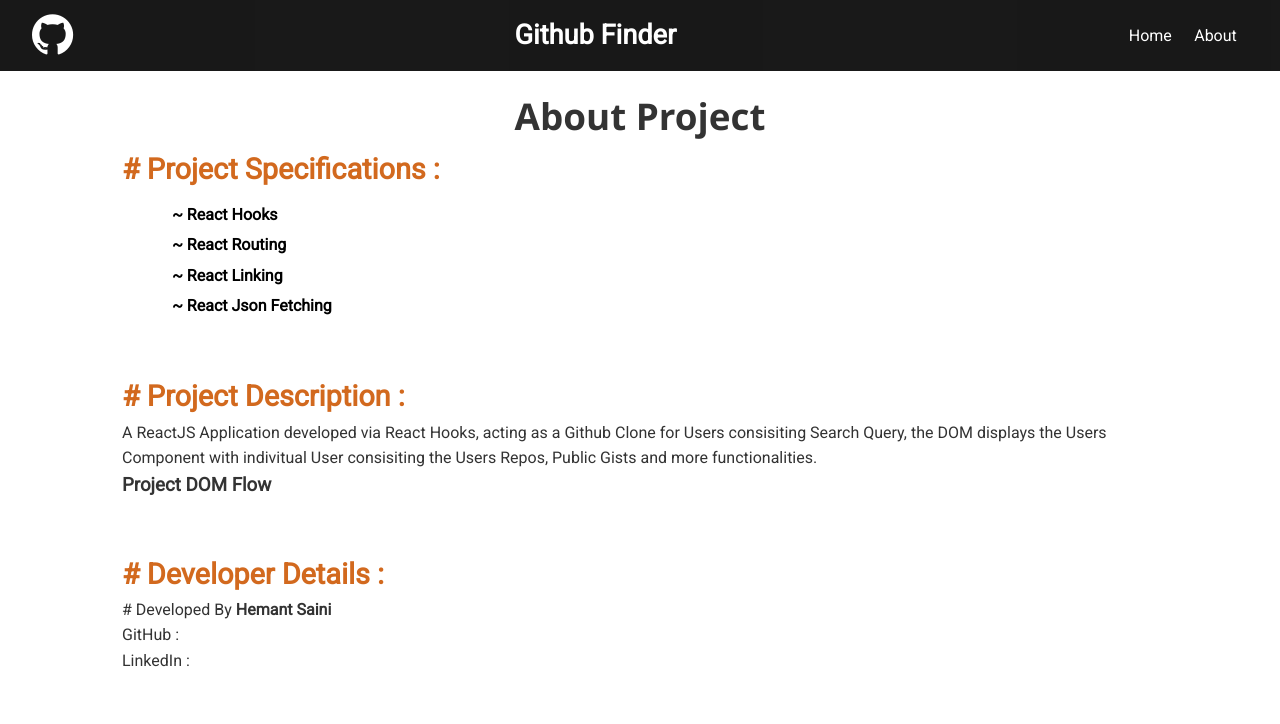
Repository: hemantsaini-7/ReactHooks-GitHub-Clone
Page: /about
These files come from the project's save history. The page is drawn as it stood at one moment and after the next save; the edit follows.
The browser window is 1280 px wide. The pictures show the whole page.
The project was rebuilt for these pictures with package versions that can differ from the ones it lists, and the page was loaded fresh each time. Also part of the build but not shown: src/components/users/UserItem.js, src/components/layout/Spinner.js, src/components/users/Users.js, src/components/repos/RepoItem.js, src/components/repos/Repos.js, src/components/users/User.js, src/components/users/Search.js, src/components/layout/Alert.js.

Above is the page before, as saved 2020-08-06 10:31:23.

### public/index.html
<!DOCTYPE html>
<html lang="en">
  <head>
    <meta charset="utf-8" />
    <link rel="icon" href="%PUBLIC_URL%/favicon.ico" />
    <meta name="viewport" content="width=device-width, initial-scale=1" />
    <meta name="theme-color" content="#000000" />
    <meta
      name="description"
      content="Web site created using create-react-app"
    />
    <link rel="apple-touch-icon" href="%PUBLIC_URL%/logo192.png" />

    <link rel="manifest" href="%PUBLIC_URL%/manifest.json" />
    <link
      rel="stylesheet"
      href="https://stackpath.bootstrapcdn.com/font-awesome/4.7.0/css/font-awesome.min.css"
    />
    <title>React App</title>
  </head>
  <body>
    <noscript>You need to enable JavaScript to run this app.</noscript>
    <div id="root"></div>
  </body>
</html>

### src/App.js
import React, { Fragment, useState } from "react";
import "./App.css";
import { BrowserRouter as Router, Switch, Route } from "react-router-dom";
import Navbar from "./components/layout/Navbar";
import Users from "./components/users/Users";
import User from "./components/users/User";
import Search from "./components/users/Search";
import Alert from "./components/layout/Alert";
import About from "./components/pages/About";
import axios from "axios";
const App = () => {
  const [users, setUsers] = useState([]);
  const [user, setUser] = useState({});
  const [repos, setRepos] = useState([]);
  const [loading, setLoading] = useState(false);
  const [alert, setAlert] = useState(null);

  const searchUsers = async (text) => {
    //this.setState({ loading: true });
    setLoading(true);
    const res = await axios.get(
      `https://api.github.com/search/users?q=${text}&cliend_id=${process.env.REACT_APP_GITHUB_CLIENT_ID}&client_secret=${process.env.REACT_APP_GITHUB_CLIENT_SECRET}`
    );
    setUsers(res.data.items);
    setLoading(false);
  };

  const clearUsers = () => {
    setUsers([]);
    setLoading(false);
  };

  const showAlert = (msg, type) => {
    //this.setState({ alert: { msg, type } });
    setAlert({ msg, type });
    setTimeout(() => setAlert(null), 5000);
  };

  const getUser = async (username) => {
    setLoading(true);
    const res = await axios.get(
      `https://api.github.com/users/${username}?cliend_id=${process.env.REACT_APP_GITHUB_CLIENT_ID}&client_secret=${process.env.REACT_APP_GITHUB_CLIENT_SECRET}`
    );
    setUser(res.data);
    setLoading(false);
  };

  const getUserRepos = async (username) => {
    setLoading(true);
    const res = await axios.get(
      `https://api.github.com/users/${username}/repos?per_page=5&sort=created:asc&cliend_id=${process.env.REACT_APP_GITHUB_CLIENT_ID}&client_secret=${process.env.REACT_APP_GITHUB_CLIENT_SECRET}`
    );
    setRepos(res.data);
    setLoading(false);
  };

  return (
    <Router>
      <div className='App'>
        <Navbar title='Github Finder' />
        <div className='container'>
          <Alert alert={alert} />
          <Switch>
            <Route
              exact
              path='/'
              render={(props) => (
                <Fragment>
                  <Search
                    searchUsers={searchUsers}
                    clearUsers={clearUsers}
                    showClear={users.length > 0 ? true : false}
                    setAlert={showAlert}
                  />
                  <Users users={users} loading={loading} />
                </Fragment>
              )}
            />
            <Route exact path='/about' component={About} />
            <Route
              exact
              path='/user/:login'
              render={(props) => (
                <User
                  {...props}
                  getUser={getUser}
                  getUserRepos={getUserRepos}
                  repos={repos}
                  user={user}
                  loading={loading}
                />
              )}
            />
          </Switch>
        </div>
      </div>
    </Router>
  );
};

export default App;

### src/App.css
@import url("https://fonts.googleapis.com/css?family=Roboto");

/* Global Styles */
:root {
  --primary-color: #dc3545;
  --dark-color: #333333;
  --light-color: #f4f4f4;
  --danger-color: #dc3545;
  --success-color: #28a745;
}

* {
  box-sizing: border-box;
  margin: 0;
  padding: 0;
}

body {
  font-family: "Roboto", sans-serif;
  font-size: 1rem;
  line-height: 1.6;
  background-color: #fff;
  color: #333;
}

a {
  color: var(--primary-color);
  text-decoration: none;
}

a:hover {
  color: #666;
}

ul {
  list-style: none;
}

img {
  width: 100%;
}

/* Utilities */
.container {
  max-width: 1100px;
  margin: auto;
  overflow: hidden;
  padding: 0 2rem;
}

/* Text Styles*/
.x-large {
  font-size: 4rem;
  line-height: 1.2;
  margin-bottom: 1rem;
}

.large {
  font-size: 3rem;
  line-height: 1.2;
  margin-bottom: 1rem;
}

.lead {
  font-size: 1.5rem;
  margin-bottom: 1rem;
}

.text-center {
  text-align: center;
}

.text-primary {
  color: var(--primary-color);
}

.text-dark {
  color: var(--dark-color);
}

.text-success {
  color: var(--success-color);
}

.text-danger {
  color: var(--danger-color);
}

.text-center {
  text-align: center;
}

.text-right {
  text-align: right;
}

.text-left {
  text-align: left;
}

/* Center All */
.all-center {
  display: flex;
  flex-direction: column;
  width: 100%;
  margin: auto;
  justify-content: center;
  align-items: center;
  text-align: center;
}

/* Cards */
.card {
  padding: 1rem;
  border: #ccc 1px dotted;
  margin: 0.7rem 0;
}

/* List */
.list {
  margin: 0.5rem 0;
}

.list li {
  padding-bottom: 0.3rem;
}

/* Padding */
.p {
  padding: 0.5rem;
}
.p-1 {
  padding: 1rem;
}
.p-2 {
  padding: 2rem;
}
.p-3 {
  padding: 3rem;
}
.py {
  padding: 0.5rem 0;
}
.py-1 {
  padding: 1rem 0;
}
.py-2 {
  padding: 2rem 0;
}
.py-3 {
  padding: 3rem 0;
}

/* Margin */
.m {
  margin: 0.5rem;
}
.m-1 {
  margin: 1rem;
}
.m-2 {
  margin: 2rem;
}
.m-3 {
  margin: 3rem;
}
.my {
  margin: 0.5rem 0;
}
.my-1 {
  margin: 1rem 0;
}
.my-2 {
  margin: 2rem 0;
}
.my-3 {
  margin: 3rem 0;
}

/* Grid */
.grid-2 {
  display: grid;
  grid-template-columns: repeat(2, 1fr);
  grid-gap: 1rem;
}

.grid-3 {
  display: grid;
  grid-template-columns: repeat(3, 1fr);
  grid-gap: 1rem;
}

.grid-4 {
  display: grid;
  grid-template-columns: repeat(4, 1fr);
  grid-gap: 1rem;
}

.btn {
  display: inline-block;
  background: var(--light-color);
  color: #333;
  padding: 0.4rem 1.3rem;
  font-size: 1rem;
  border: none;
  cursor: pointer;
  margin-right: 0.5rem;
  transition: opacity 0.2s ease-in;
  outline: none;
}

.btn-link {
  background: none;
  padding: 0;
  margin: 0;
}

.btn-block {
  display: block;
  width: 100%;
}

.btn-sm {
  font-size: 0.8rem;
  padding: 0.3rem 1rem;
  margin-right: 0.2rem;
}

.badge {
  display: inline-block;
  font-size: 0.8rem;
  padding: 0.2rem 0.7rem;
  text-align: center;
  margin: 0.3rem;
  background: var(--light-color);
  color: #333;
  border-radius: 5px;
}

.alert {
  padding: 0.7rem;
  margin: 1rem 0;
  opacity: 0.9;
  background: var(--light-color);
  color: #333;
}

.btn-primary,
.bg-primary,
.badge-primary,
.alert-primary {
  background: var(--primary-color);
  color: #fff;
}

.btn-light,
.bg-light,
.badge-light,
.alert-light {
  background: var(--light-color);
  color: #333;
}

.btn-dark,
.bg-dark,
.badge-dark,
.alert-dark {
  background: var(--dark-color);
  color: #fff;
}

.btn-danger,
.bg-danger,
.badge-danger,
.alert-danger {
  background: var(--danger-color);
  color: #fff;
}

.btn-success,
.bg-success,
.badge-success,
.alert-success {
  background: var(--success-color);
  color: #fff;
}

.btn-white,
.bg-white,
.badge-white,
.alert-white {
  background: #fff;
  color: #333;
  border: #ccc solid 1px;
}

.btn:hover {
  opacity: 0.8;
}

.bg-light,
.badge-light {
  border: #ccc solid 1px;
}

.round-img {
  border-radius: 50%;
}

/* Forms */
input {
  margin: 1.2rem 0;
}

.form-text {
  display: block;
  margin-top: 0.3rem;
  color: #888;
}

input[type="text"],
input[type="email"],
input[type="password"],
input[type="date"],
select,
textarea {
  display: block;
  width: 100%;
  padding: 0.4rem;
  font-size: 1.2rem;
  border: 1px solid #ccc;
}

input[type="submit"],
button {
  font: inherit;
}

table th,
table td {
  padding: 1rem;
  text-align: left;
}

table th {
  background: var(--light-color);
}

/* Navbar */
.navbar {
  display: flex;
  justify-content: space-between;
  align-items: center;
  padding: 0.7rem 2rem;
  z-index: 1;
  width: 100%;
  opacity: 0.9;
  margin-bottom: 1rem;
}

.navbar ul {
  display: flex;
}

.navbar a {
  color: #fff;
  padding: 0.45rem;
  margin: 0 0.25rem;
}

.navbar a:hover {
  color: var(--light-color);
}

.navbar .welcome span {
  margin-right: 0.6rem;
}
.bg-black {
  background: #000;
  color: #fff;
}
.nav-head {
  font-size: 1.7rem;
  /* margin-left: 100px; */
}
.s-field {
  border-radius: 10px;
  box-shadow: inset 0px 0px 10px #ccc;
}
.s-field:focus {
  outline: none;
}
.about-head {
  text-align: center;
  font-weight: bold;
  font-size: 2.3rem;
  font-family: "Segoe UI", Tahoma, Geneva, Verdana, sans-serif;
}
.content-div {
  margin-bottom: 50px;
}
.content-head {
  font-weight: bold;
  font-size: 1.8rem;
  color: chocolate;
}
.list {
  margin: 10px 50px;
}
.list-item {
  color: #000;
  font-weight: bold;
}
/* Mobile Styles */
@media (max-width: 700px) {
  .hide-sm {
    display: none;
  }

  .grid-2,
  .grid-3,
  .grid-4 {
    grid-template-columns: 1fr;
  }

  /* Text Styles */
  .x-large {
    font-size: 3rem;
  }

  .large {
    font-size: 2rem;
  }

  .lead {
    font-size: 1rem;
  }

  /* Navbar */
  .navbar {
    display: block;
    text-align: center;
  }

  .navbar ul {
    text-align: center;
    justify-content: center;
  }
}

### src/components/layout/Navbar.js
import React from "react";
import { Link } from "react-router-dom";
function Navbar(props) {
  return (
    <nav className='navbar bg-black '>
      <span>
        <i className='fa fa-github fa-3x'></i>
      </span>
      <h3 className='nav-head'>{props.title}</h3>
      <ul>
        <li>
          <Link to='/'>Home</Link>
        </li>
        <li>
          <Link to='/about'>About</Link>
        </li>
      </ul>
    </nav>
  );
}

export default Navbar;

### src/components/pages/About.js
import React from "react";

const About = () => {
  return (
    <div className='about-div'>
      <h1 className='about-head'>About Project</h1>
      <div className='content-div'>
        <h1 className='content-head'># Project Specifications :</h1>
        <ul className='list'>
          <li className='list-item'>~ React Hooks</li>
          <li className='list-item'>~ React Routing</li>
          <li className='list-item'>~ React Linking</li>
          <li className='list-item'>~ React Json Fetching</li>
        </ul>
      </div>
      <div className='content-div'>
        <h1 className='content-head'># Project Description :</h1>
        <p className='content-para'>
          A ReactJS Application developed via React Hooks, acting as a Github
          Clone for Users consisiting Search Query, the DOM displays the Users
          Component with indivitual User consisiting the Users Repos, Public
          Gists and more functionalities.
        </p>
        <h3>Project DOM Flow</h3>
        {/* <img src= /> */}
      </div>
      <div className='content-div'>
        <h1 className='content-head'># Developer Details :</h1>
        <p>
          # Developed By <strong>Hemant Saini</strong>
        </p>
        <p>GitHub :</p>
        <p>LinkedIn :</p>
      </div>
    </div>
  );
};
export default About;

Loaded but not shown: src/index.js (common file)

After the next save:
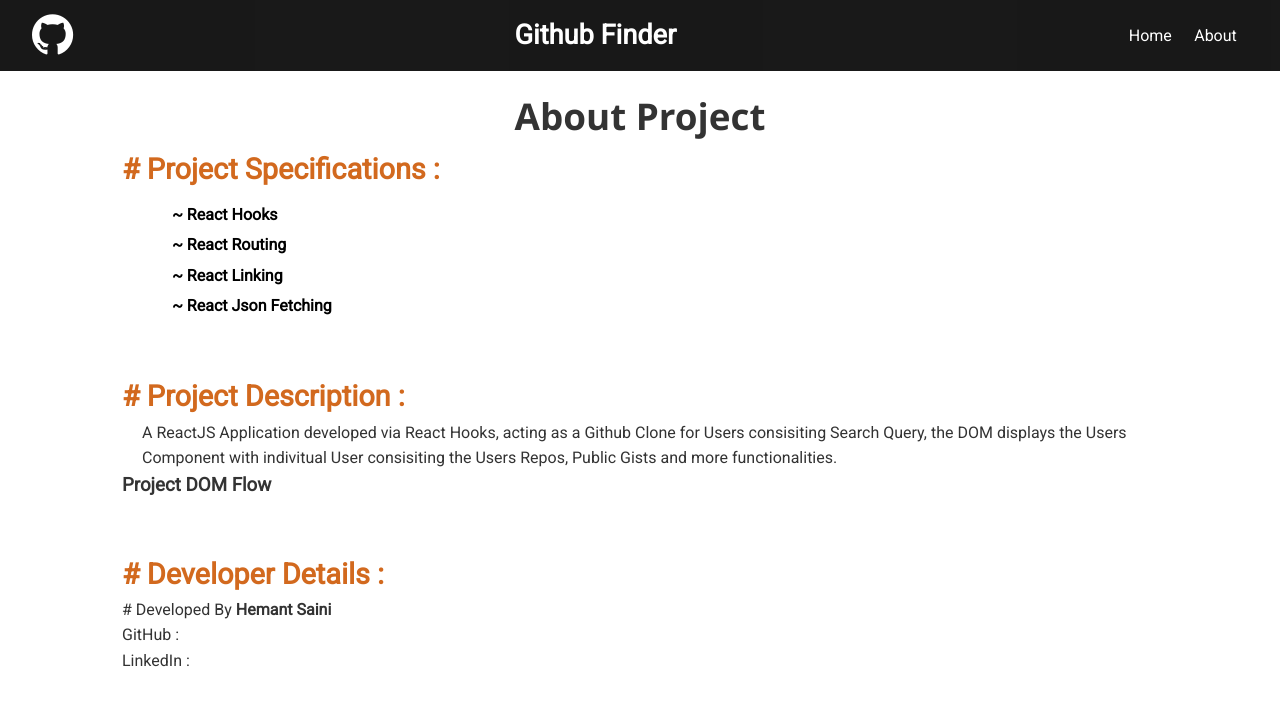
Saved 30 s later.
--- a/src/App.css
+++ b/src/App.css
@@ -404,6 +404,9 @@
   font-size: 1.8rem;
   color: chocolate;
 }
+.content-para {
+  margin-left: 20px;
+}
 .list {
   margin: 10px 50px;
 }
